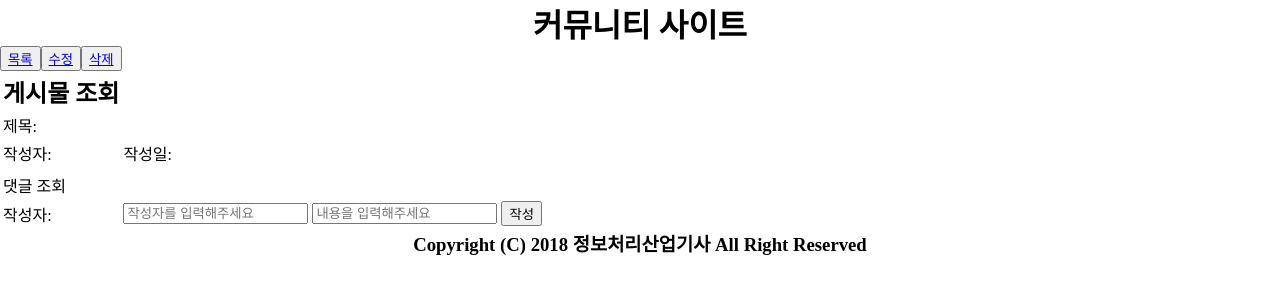
Repository: Tor1a/SpringSet
Page: http://localhost/practice01/WEB-INF/views/post/Lookup.jsp
The author's editor kept a copy of each file at every save. The page is drawn from the files as they stood at one save, then again after the next save.
The browser window is 1280 px wide. The pictures show the whole page.
The page is served by Tomcat 9. Nobody is signed in. Other server files are loaded and not shown. The template is opened directly, without the code that normally fills it, so the values that code supplies are empty.

Above is the page before, as saved 2022-04-15 08:15:47.
Console error: ReferenceError: getParmeter is not defined

### practice01/src/main/webapp/WEB-INF/views/post/Lookup.jsp
<%@ page language="java" contentType="text/html; charset=UTF-8"
	pageEncoding="UTF-8"%>
<%@ taglib prefix="c" uri="http://java.sun.com/jsp/jstl/core"%>
<%@ include file="../include/header.jsp"%>

<script src="${pageContext.request.contextPath}/resources/js/post/commentAdd.js"></script>
<table>
	<thead>
		<tr>
			<td><h2>게시물 조회</h2></td>
		</tr>
	</thead>
	<tbody>
		<tr>
			<td>제목: ${vo.subject}</td>
		</tr>
		<tr>
			<td>작성자: ${vo.writer}</td>
			<td>작성일: ${vo.date}</td>
		</tr>
		<tr>
			<td>${vo.content}</td>
		</tr>
		<tr>
			<td>댓글 조회</td>
		</tr>
		<c:forEach var="list" items="${list}">
			<tr>
				<td>${list.writer} / ${list.content} / ${list.date} / <a
					href="CommentDel.do?idx=${list.bidx}&bidx=${vo.idx}">삭제</a>
				</td>
			</tr>
		</c:forEach>
	</tbody>
	<form id="commentAddForm">
		<input type="hidden" name="bidx" value="${vo.idx}">
		<tr>
			<td>작성자:</td>
			<td><input type="text" id="cmWriter" name="writer"placeholder="작성자를 입력해주세요"></td>
			<td><input type="text" id="cmContent" name="content" placeholder="내용을 입력해주세요"></td>
			<td><input type="button" value="작성" onclick="addCheck()"></td>
		</tr>

	</form>

	<button type="button"><a href="/controller">목록</a></button>
	<button type="button" onclick="update()"><a href="updatForm.do?idx=${vo.idx}">수정</a></button>
	<button type="button"><a href="delete.do?idx=${vo.idx}">삭제</a></button>

</table>


<%@ include file="../include/footer.jsp"%>

### practice01/src/main/webapp/WEB-INF/views/include/header.jsp
<%@ page language="java" contentType="text/html; charset=UTF-8"    pageEncoding="UTF-8"%>
<%@ taglib prefix="c" uri="http://java.sun.com/jsp/jstl/core" %>
<%@ taglib prefix="fmt" uri="http://java.sun.com/jsp/jstl/fmt" %>

<!DOCTYPE html>
<html>
<head>

<meta charset="UTF-8">
<script src="${pageContext.request.contextPath}/resources/js/jquery-3.6.0.min.js">
</script>
<link rel="stylesheet" href="${pageContext.request.contextPath}/resources/css/header.css">

</head>
<body>

    <h1>커뮤니티 사이트</h1>

### practice01/src/main/webapp/WEB-INF/views/include/footer.jsp
<%@ page language="java" contentType="text/html; charset=UTF-8"    pageEncoding="UTF-8"%>
<link rel="stylesheet" href="${pageContext.request.contextPath}/resources/css/footer.css">


<h3>Copyright (C) 2018 정보처리산업기사 All Right Reserved</h3>

</body>
</html>

### practice01/src/main/webapp/resources/css/header.css
@charset "UTF-8";
body, h1, h2, h3, h4, h5, p, ul, li, ol, dd, dt, dl { padding: 0; margin: 0; }

ul {list-style: none;}

a:hover{text-decoration: none;}

body{height: 100%;}

.sub{dispaly:flex; justify-content: space-between; flex-direction: row; flex-wrap: nowrap;}
.mainMenu {display: flex; justify-content: space-around; flex-direction: row; flex-wrap: nowrap;}

h1 {text-align: center;}

### practice01/src/main/webapp/resources/js/post/commentAdd.js
function addCheck(){
	if($("#cmWriter").val() == ""){
		alert("작성자를 입력해주세요");
		$("#cmWriter").focus();
		return;
	}else if($("#cmContent").val() == ""){
		alert("내용을 입력해주세요");
		$("#cmContent").focus();
		return;
	}else{
		var form = document.getElementById('commentAddForm');
		form.action="CommentAdd.do";
		form.method = "POST";
		form.submit();
	}
}

var idx = getParmeter("idx");

function update(){
	var idx = document.getElementById('vo.idx');
	location.href = "updatForm.do?idx="+idx;
}

### practice01/src/main/webapp/resources/css/footer.css
@charset "UTF-8";
body, h1, h2, h3, h4, h5, p, ul, li, ol, dd, dt, dl { padding: 0; margin: 0; }

ul {list-style: none;}

a:hover{text-decoration: none;}

body{height: 100%;}

h3 {text-align: center;}

Loaded but not shown: practice01/src/main/webapp/resources/js/jquery-3.6.0.min.js (library)

After the next save:
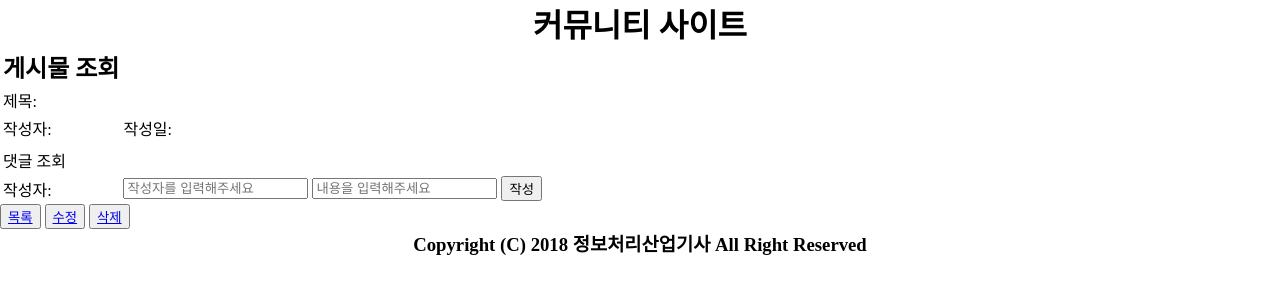
Saved 38 s later.
--- a/practice01/src/main/webapp/WEB-INF/views/post/Lookup.jsp
+++ b/practice01/src/main/webapp/WEB-INF/views/post/Lookup.jsp
@@ -40,14 +40,14 @@
 			<td><input type="text" id="cmContent" name="content" placeholder="내용을 입력해주세요"></td>
 			<td><input type="button" value="작성" onclick="addCheck()"></td>
 		</tr>
-
+</table>
 	</form>
 
 	<button type="button"><a href="/controller">목록</a></button>
 	<button type="button" onclick="update()"><a href="updatForm.do?idx=${vo.idx}">수정</a></button>
 	<button type="button"><a href="delete.do?idx=${vo.idx}">삭제</a></button>
 
-</table>
+
 
 
 <%@ include file="../include/footer.jsp"%>
